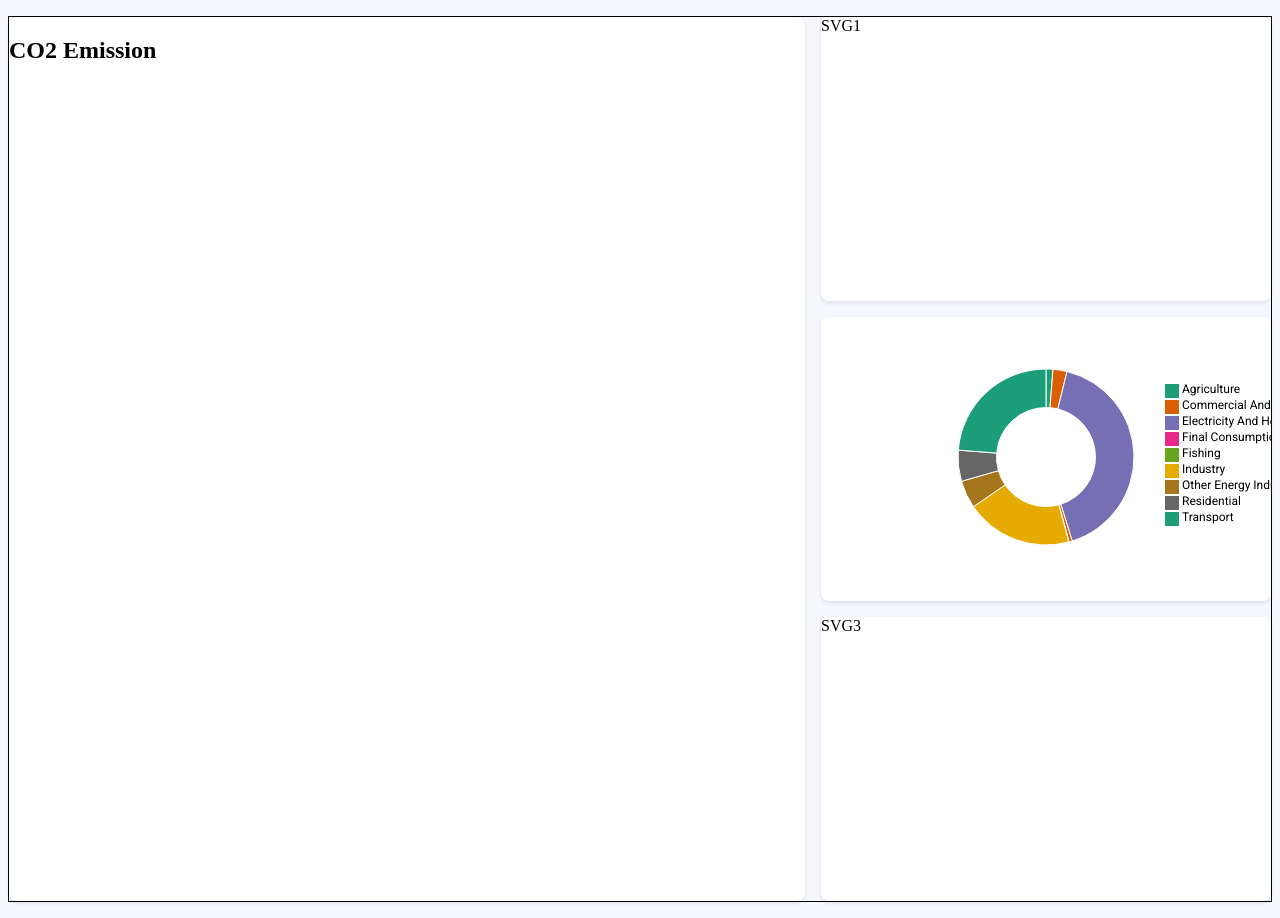
Repository: losmarco/CO2-Emission-Data-Dashboard
Page: index.html
The author's editor kept a copy of each file at every save. The page is drawn from the files as they stood at one save, then again after the next save.
The browser window is 1280 px wide. The pictures show the whole page.
The style sheet was rebuilt from its Sass, Less or Tailwind sources for each picture, by a compiler version that may differ from the author's.

Above is the page before, as saved 2020-03-29 17:48:10.

### index.html
<!DOCTYPE html>
<html lang="en">
<head>
    <meta charset="UTF-8">
    <meta name="viewport" content="width=device-width, initial-scale=1.0">
    <meta http-equiv="X-UA-Compatible" content="ie=edge">
    <title>CO2 Emission Data Chart</title>

    <link rel="stylesheet" href="style.css">
    <script src="https://d3js.org/d3.v5.min.js"></script>
</head>
<body>
    <div class="container">
        <div class="card main_graph">
            <h2>CO2 Emission</h2>
        </div>


        <div class="card graph1">SVG1</div>
        <div class="card graph2">
            <div id="donut"></div>
        </div>
        <div class="card graph3">SVG3</div>
    </div>
</body>
    <script src="javascript/master.js"></script>
    <script src="javascript/chart.js"></script>
</html>

### javascript/master.js
//Parsing CSV file

### javascript/chart.js
//This document is for d3 related script ( ͡° ͜ʖ ͡°)

//Donut Chart
// set the dimensions and margins of the graph
var width = 450
    height = 280
    margin = 30
// The radius of the pieplot is half the width or half the height (smallest one). I subtract a bit of margin.
var radius = Math.min(width, height) / 2 - margin

//append the svg object to the div called 'donut'
var svg = d3.select("#donut")
            .append("svg")
            .attr("width", width)
            .attr("height", height)
            .append("g")
            .attr("transform", "translate(" + (width / 2) + "," + height / 2 + ")");




//Color
var color = d3.scaleOrdinal()
.domain(["Agriculture",
        "Commercial And Public Services",
        "Electricity And Heat Producers",
        "Final Consumption Not Else where Specified",
        "Fishing",
        "Industry",
        "Other Energy Industries",
        "Residential",
        "Transport"])
.range(d3.schemeDark2);

d3.csv("data/world-sector.csv")
  .then(function(csvdata){

    var latestData = csvdata[csvdata.length - 1];

    var agri = parseInt(latestData.agriculture),
        cap = parseInt(latestData.commercialAndPublicServices),
        eahp = parseInt(latestData.electricityAndHeatProducers),
        fcnes = parseInt(latestData.finalConsumptionNotElsewhereSpecified),
        fishing = parseInt(latestData.fishing),
        industry = parseInt(latestData.industry),
        oei = parseInt(latestData.otherEnergyIndustries),
        residential = parseInt(latestData.residential),
        transport = parseInt(latestData.transport);

  const total = (agri + cap + eahp + fcnes + fishing + industry + oei + residential + transport);

  const percent = 100;

  var agri = ((agri/total) * percent).toFixed(2),
      cap = ((cap/total) * percent).toFixed(2),
      eahp = ((eahp/total) * percent).toFixed(2),
      fcnes = ((fcnes/total) * percent).toFixed(2),
      fishing = ((fishing/total) * percent).toFixed(2),
      industry = ((industry/total) * percent).toFixed(2),
      oei = ((oei/total) * percent).toFixed(2),
      residential = ((residential/total) * percent).toFixed(2),
      transport = ((transport/total) * percent).toFixed(2);


  //Final Data
  var data = {"Agriculture": agri,
              "Commercial And Public Services": cap,
              "Electricity And Heat Producers": eahp,
              "Final Consumption":fcnes ,
              "Fishing": fishing,
              "Industry":industry,
              "Other Energy Industries": oei,
              "Residential":residential,
              "Transport":transport
            }

  // Compute the position of each group on the pie:
  var pie = d3.pie()
    .sort(null) // Do not sort group by size
    .value(function(d) {return d.value; })
  var data_ready = pie(d3.entries(data))

  // The arc generator + hole size
  var arc = d3.arc()
    .innerRadius(radius * 0.45)
    .outerRadius(radius * 0.8)

  // Build the pie chart: Basically, each part of the pie is a path that we build using the arc function.
  svg.selectAll('allSlices')
      .data(data_ready)
      .enter()
      .append('path')
      .attr('d', arc)
      .attr('fill', function(d){ return(color(d.data.key)) })
      .attr("stroke", "white")
      .style("stroke-width", "1px")
      .style("opacity", 1)


})//closing tag for d3.csv

//Legend
var legendRectSize = 12;
var legendSpacing = 4;

var legend = svg.selectAll('.legend')
                .data(color.domain())
                .enter()
                .append('g')
                .attr('class', 'legend')
                .attr('transform', function(d, i) {
                  var height = legendRectSize + legendSpacing;
                  var offset =  height * color.domain().length / 2;
                  var horz = 10 * legendRectSize;
                  var vert = i * height - offset;
                  return 'translate(' + horz + ',' + vert + ')';
});


legend.append('rect')
  .attr('width', legendRectSize)
  .attr('height', legendRectSize)
  .style('fill', color)
  .style('stroke', color);

legend.append('text')
  .attr('x', legendRectSize + legendSpacing )
  .attr('y', legendRectSize - legendSpacing)
  .text(function(d) { return d; });


//End of Donut Chart


  // Add the polylines between chart and labels:
  // svg
  //   .selectAll('allPolylines')
  //   .data(data_ready)
  //   .enter()
  //   .append('polyline')
  //     .attr("stroke", "black")
  //     .style("fill", "none")
  //     .attr("stroke-width", 1)
  //     .attr('points', function(d) {
  //       var posA = arc.centroid(d) // line insertion in the slice
  //       var posB = outerArc.centroid(d) // line break: we use the other arc generator that has been built only for that
  //       var posC = outerArc.centroid(d); // Label position = almost the same as posB
  //       var midangle = d.startAngle + (d.endAngle - d.startAngle) / 2 // we need the angle to see if the X position will be at the extreme right or extreme left
  //       posC[0] = radius * 0.95 * (midangle < Math.PI ? 1 : -1); // multiply by 1 or -1 to put it on the right or on the left
  //       return [posA, posB, posC]
  //     })

  // Add the polylines between chart and labels:
  // svg
  //   .selectAll('allLabels')
  //   .data(data_ready)
  //   .enter()
  //   .append('text')
  //     .text( function(d) { console.log(d.data.key) ; return d.data.key } )
  //     .attr('transform', function(d) {
  //         var pos = outerArc.centroid(d);
  //         var midangle = d.startAngle + (d.endAngle - d.startAngle) / 2
  //         pos[0] = radius * 0.99 * (midangle < Math.PI ? 1 : -1);
  //         return 'translate(' + pos + ')';
  //     })
  //     .style('text-anchor', function(d) {
  //         var midangle = d.startAngle + (d.endAngle - d.startAngle) / 2
  //         return (midangle < Math.PI ? 'start' : 'end')
  //     })

### style.scss
//Google Font
@import url('https://fonts.googleapis.com/css2?family=Roboto:ital,wght@0,100;0,300;0,400;0,500;0,700;0,900;1,100;1,300;1,400;1,500;1,700;1,900&display=swap');

// Font
@mixin header{
    font-family: 'Roboto', sans-serif;
    font-weight: 700;
}
@mixin text{
    font-family: 'Roboto', sans-serif;
    font-weight: 500;
    font-size: 12px;
}

// Color
$backgroun-white:#f4f7fc;
$white: #ffffff;
$grey: #828f95;
$black: #252831;
$purple: #7b43a1;
$orange: #ff9824;
$pink: #f2317a;
$primary-green:#58cf6c;
$secondary-green: #43a19e;

//Card
@mixin card-background{
    background-color: $white;
    border-radius: 8px;
    box-shadow: 0 2px 4px rgba(0,0,0,0.04), 0 2px 4px rgba(0,0,0,0.06);
}

body{
    background: $backgroun-white;
}

.container{
    display:grid;
    grid-template-rows: repeat(3, 1fr);
    grid-template-columns:repeat(4, 1fr);
    grid-gap: 1em;
    border: 1px solid black;
    margin: 1em auto;
}

.main_graph{
    grid-row:1/4;
    grid-column: 1/4;
}

.graph1{
    grid-row:1/2;
    grid-column: 4/5;
}

.graph2{
    grid-row:2/3;
    grid-column: 4/5;
    width: 450px;
    //  g{
    // transform: translateX(-150px);
    // }
    .legend {
        font-family: 'Roboto', sans-serif;
        font-size: 12px;
        font-weight:400;
    }
    rect {
        stroke-width: 2;
    }


}

.graph3{
    grid-row:3/4;
    grid-column: 4/5;
}

.card{
    @include card-background;
}
svg{
    margin: 0 auto;

}

After the next save:
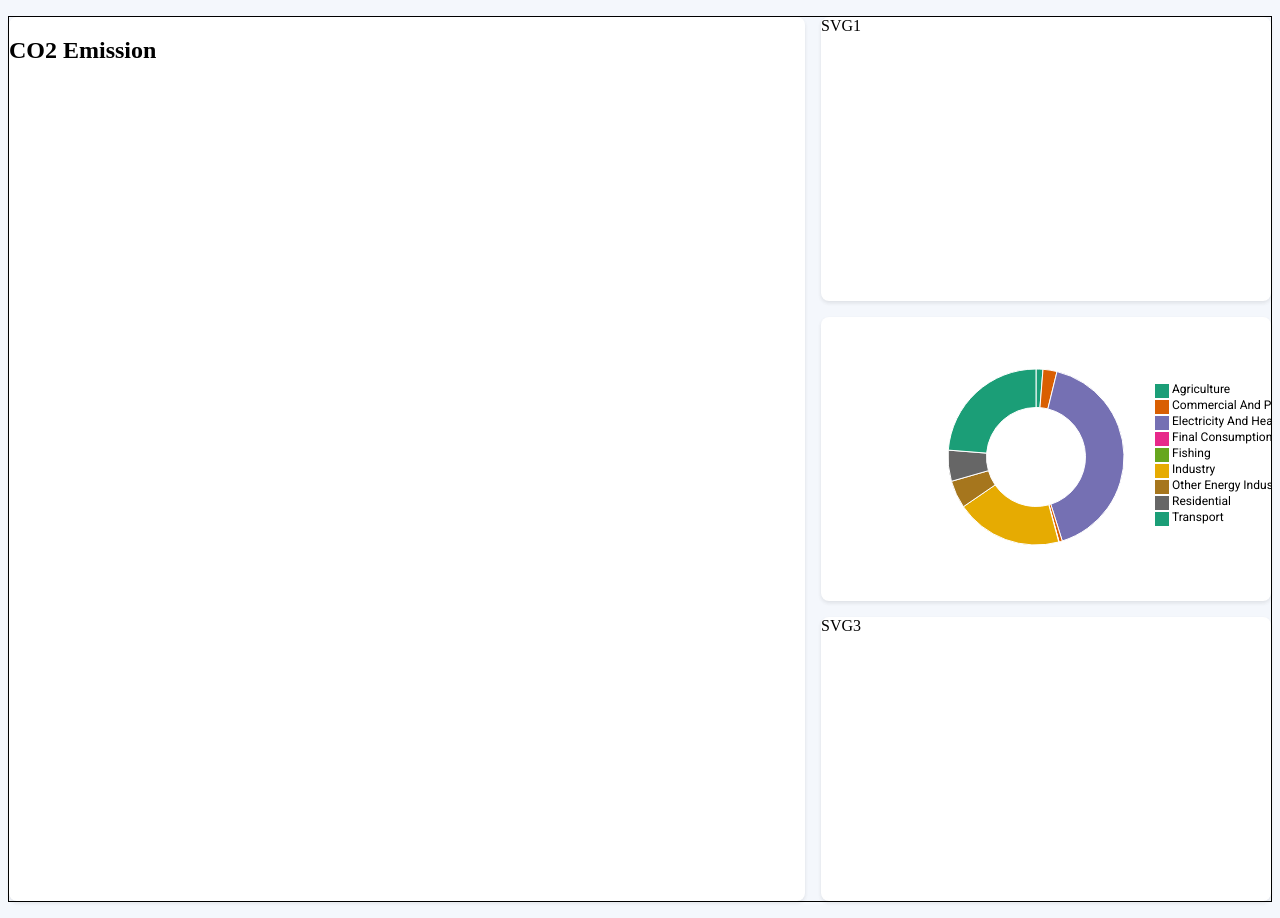
Saved 11 s later.
--- a/javascript/chart.js
+++ b/javascript/chart.js
@@ -14,7 +14,7 @@ var svg = d3.select("#donut")
             .attr("width", width)
             .attr("height", height)
             .append("g")
-            .attr("transform", "translate(" + (width / 2) + "," + height / 2 + ")");
+            .attr("transform", "translate(" + ((width / 2) - 10) + "," + height / 2 + ")");
 
 
 
